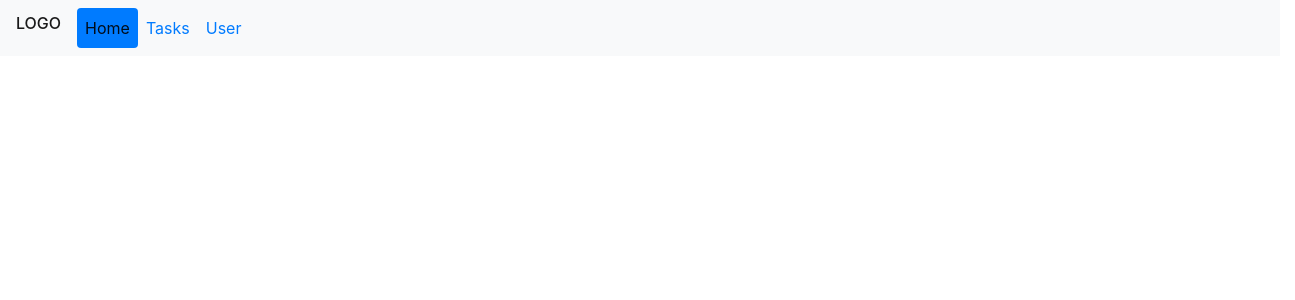
Repository: lalji-yadav/Nimapinfotech-demo-project
Page: /user
An editor plug-in stored every save of this project. The page is shown before and after the next save, followed by the edit.
The browser window is 1280 px wide. The page is 1280 px wide, then 1295 px, so the pictures cover 1295 px, including what lies to the right of the window. The pictures show the whole page.
The project was rebuilt for these pictures with package versions that can differ from the ones it lists, and the page was loaded fresh each time. Also part of the build but not shown: src/components/Home.js, src/components/Tasks.js, src/components/Login.js.

Above is the page before, as saved 2021-01-17 19:08:58.

### src/App.js
// import './App.css';
import Navbar from "./components/Navbars";
import Login from "./components/Login";


function App() {
  return (
    <div>

    {/* <Login /> */}
    <Navbar />
    </div>
  );
}

export default App;

### src/components/Navbars.js
import React from 'react';
import { Navbar,Nav,NavDropdown,Form,FormControl ,Button } from 'react-bootstrap';
import {
  BrowserRouter as Router,
  Switch,
  Route,
  Link
} from "react-router-dom";

import Home from "./Home";
import Tasks from "./Tasks";
import User from "./Users";
import Login from "./Login";


const Navbars=()=> {
        return (
            <div>

              <Router>
                  <Navbar bg="light" expand="lg">
                      <Navbar.Brand> <h6>LOGO</h6></Navbar.Brand>
                      <Navbar.Toggle aria-controls="basic-navbar-nav" />
                      <Navbar.Collapse id="basic-navbar-nav">
                      <Nav variant="pills" defaultActiveKey="/">
                        <Nav.Item>
                          <Nav.Link href="/">Home </Nav.Link>
                        </Nav.Item>
                        <Nav.Item>
                          <Nav.Link eventKey="link-1"> <Link to="/tasks"> Tasks </Link> </Nav.Link>
                        </Nav.Item>
                        <Nav.Item>
                          <Nav.Link eventKey="link-2">
                          <Link to="/user"> User </Link>
                          </Nav.Link>
                        </Nav.Item>
                      </Nav>
                      </Navbar.Collapse>
                    </Navbar>


                    <Switch>
                      <Route exact path="/" component={Home} />

                      <Route exact path="/user" component={User} />

                      <Route exact path="/tasks" component={Tasks} />

                      <Route exact path="/login" component={Login} />

                    </Switch>
             </Router>

            </div>
        );
    }

export default Navbars;

### src/components/Users.js
import React from 'react';

const User=()=> {

        return (
            <div>
                <div className="row">
                    <div className="col-sm-5">

                    </div>

                </div>
            </div>
        );
    }

export default User;

### src/App.css
.scroll-tab {
    height: 55vh;
    margin: 3% 3% 5% 3%;
    overflow-y: scroll;
    border: "1px solid red";
}
::-webkit-scrollbar{
    width: 12px;
    height: 12px;
}
::-webkit-scrollbar-track {
    box-shadow: inset 0 0 10px #4A4A4A;
    border-radius: 10px;
    }

    ::-webkit-scrollbar-thumb {
    border-radius: 10px;
    background: #4A4A4A;
}

Loaded but not shown: public/index.html (common file); src/index.js (common file); src/index.css (common file); src/reportWebVitals.js (common file)

After the next save:
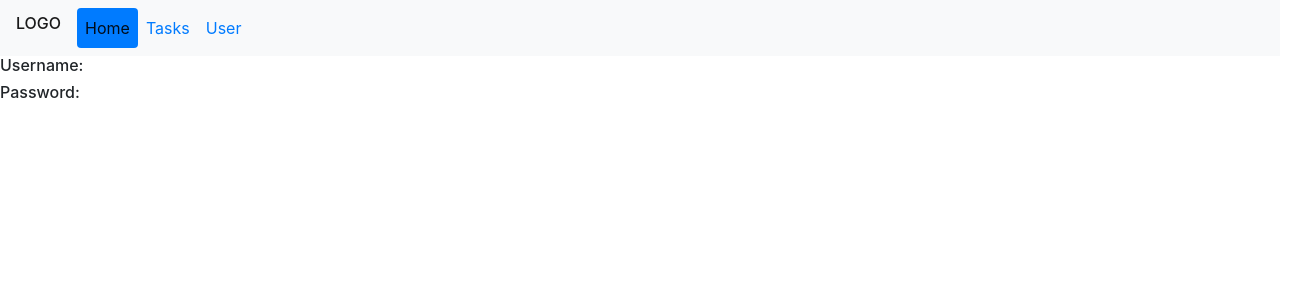
Saved 96 s later.
--- a/src/components/Users.js
+++ b/src/components/Users.js
@@ -6,6 +6,8 @@ const User=()=> {
             <div>
                 <div className="row">
                     <div className="col-sm-5">
+                        <h6>Username:</h6> <span> </span>
+                        <h6>Password:</h6> <span> </span>
 
                     </div>
 
